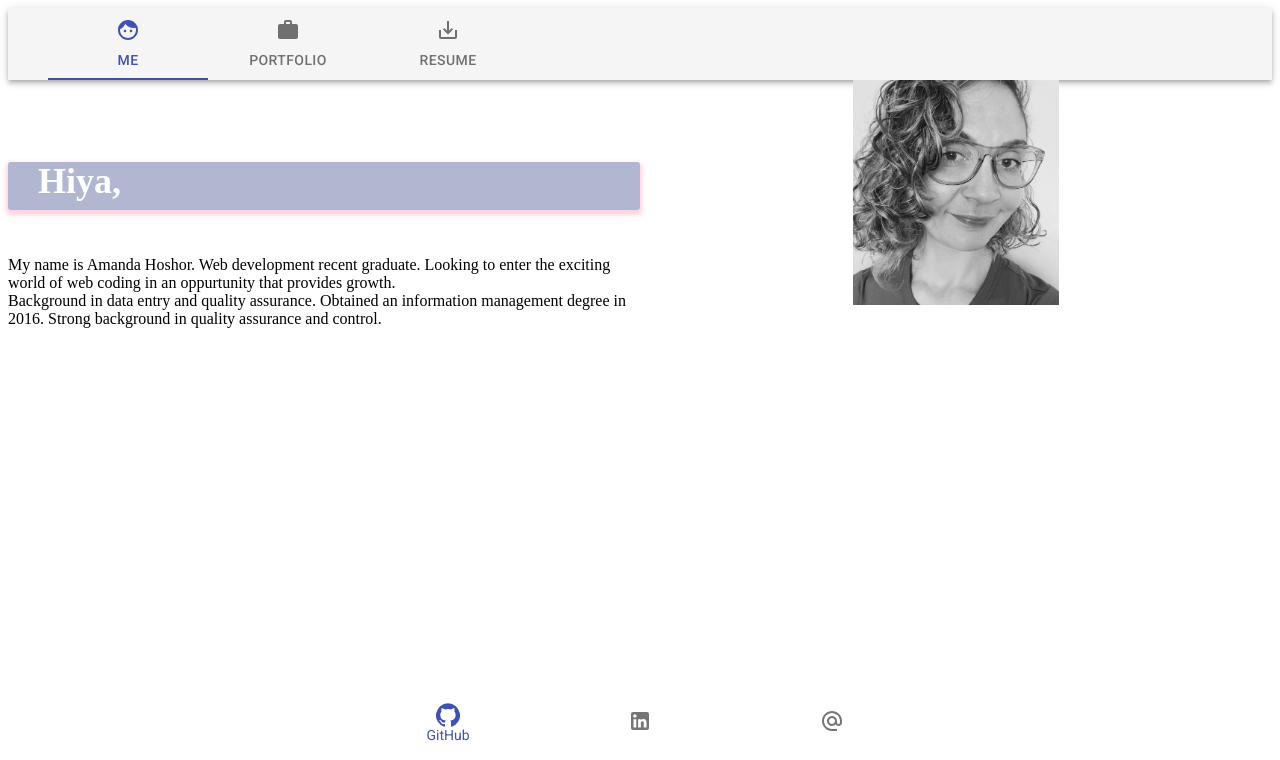
Repository: mandahos/hoshor
Page: /
These files come from the project's save history. The page is drawn as it stood at one moment and after the next save; the edit follows.
The browser window is 1280 px wide. The pictures show the whole page.
The project was rebuilt for these pictures with package versions that can differ from the ones it lists, and the page was loaded fresh each time. Also part of the build but not shown: src/components/Portfolio/index.js, src/components/Resume/index.js. Imported but missing from the stored project, and not drawn on this page: src/assets/resume/Amanda_Hoshor_Resume.PDF, src/assets/resume/Resume_Hoshor (1).pdf.

Above is the page before, as saved 2021-08-22 08:20:23.

### public/index.html
<!DOCTYPE html>
<html lang="en">
  <head>
    <meta charset="utf-8" />
    <link rel="icon" href="%PUBLIC_URL%/favicon.ico" />
    <meta name="viewport" content="width=device-width, initial-scale=1" />
    <meta name="theme-color" content="#000000" />
    <meta
      name="description"
      content="Web site created using create-react-app"
    />
    <link rel="apple-touch-icon" href="%PUBLIC_URL%/logo192.png" />
    <link rel="stylesheet" href="https://fonts.googleapis.com/css?family=Roboto:300,400,500,700&display=swap" />

    <!--
      manifest.json provides metadata used when your web app is installed on a
      user's mobile device or desktop. See https://developers.google.com/web/fundamentals/web-app-manifest/
    -->

    <link rel="stylesheet" href="https://fonts.googleapis.com/icon?family=Material+Icons" />
    <link rel="manifest" href="%PUBLIC_URL%/manifest.json" />
    <!--
      Notice the use of %PUBLIC_URL% in the tags above.
      It will be replaced with the URL of the `public` folder during the build.
      Only files inside the `public` folder can be referenced from the HTML.

      Unlike "/favicon.ico" or "favicon.ico", "%PUBLIC_URL%/favicon.ico" will
      work correctly both with client-side routing and a non-root public URL.
      Learn how to configure a non-root public URL by running `npm run build`.
    -->
    <title>Hoshor</title>
  </head>
  <body>
    <noscript>You need to enable JavaScript to run this app.</noscript>
    <div id="root"></div>
    <!--
      This HTML file is a template.
      If you open it directly in the browser, you will see an empty page.

      You can add webfonts, meta tags, or analytics to this file.
      The build step will place the bundled scripts into the <body> tag.

      To begin the development, run `npm start` or `yarn start`.
      To create a production bundle, use `npm run build` or `yarn build`.
    -->
  </body>
</html>

### src/index.js
import React from 'react';
import ReactDOM from 'react-dom';
import './css/styles.css';
import App from './App';

ReactDOM.render(
  <React.StrictMode>
    <App />

  </React.StrictMode>,
  document.getElementById('root')
);

// If you want to start measuring performance in your app, pass a function
// to log results (for example: reportWebVitals(console.log))
// or send to an analytics endpoint. Learn more: https://bit.ly/CRA-vitals

### src/css/styles.css
.App {
  font-family: Arial, Helvetica, sans-serif;
  text-align: center;
  background-color: #7A6174;
  color: white
}
h1 {
  font-size: 48px;

}
h2 {
  font-size: 14px
}
.About {
  font-family: Cambria, Cochin, Georgia, Times, 'Times New Roman', serif
}
h3 {
  text-align: left;
}

p {
  text-align: left;
}

### src/App.js
import React, { useState } from "react";
import "./css/styles.css";
import  Navigation from "./components/Navigation";
import  Footer  from "./components/Footer";

// import background from "./assets/images/plug.png"


export default function App() {
   return (
    <div>
      <Navigation />



        <Footer />
    </div>
  )
}

### src/components/Navigation/index.js
import React from 'react';
import PropTypes from 'prop-types';
import { makeStyles } from '@material-ui/core/styles';
import AppBar from '@material-ui/core/AppBar';
import Tabs from '@material-ui/core/Tabs';
import Tab from '@material-ui/core/Tab';

import FaceIcon from '@material-ui/icons/Face';
import WorkIcon from '@material-ui/icons/Work';
import SaveAltIcon from '@material-ui/icons/SaveAlt';

import Typography from '@material-ui/core/Typography';
import Box from '@material-ui/core/Box';

import Me from '../Me/index'
import Portfolio from '../Portfolio/index'
import Resume from '../Resume/index'

function TabPanel(props) {
  const { children, value, index, ...other } = props;

  return (
    <div
      role="tabpanel"
      hidden={value !== index}
      id={`scrollable-force-tabpanel-${index}`}
      aria-labelledby={`scrollable-force-tab-${index}`}
      {...other}
    >
      {value === index && (
        <Box p={3}>
          <Typography>{children}</Typography>
        </Box>
      )}
    </div>
  );
}

TabPanel.propTypes = {
  children: PropTypes.node,
  index: PropTypes.any.isRequired,
  value: PropTypes.any.isRequired,
};

function a11yProps(index) {
  return {
    id: `scrollable-force-tab-${index}`,
    'aria-controls': `scrollable-force-tabpanel-${index}`,
  };
}

const useStyles = makeStyles((theme) => ({
  root: {
    flexGrow: 1,
    width: '100%',
    backgroundColor: theme.palette.background.paper,
  },
}));

export default function ScrollableTabsButtonForce() {
  const classes = useStyles();
  const [value, setValue] = React.useState(0);

  const handleChange = (event, newValue) => {
    setValue(newValue);
  };


  return (
    <>
      <div className={classes.root}>
        <AppBar position="static" color="default">
          <Tabs
            value={value}
            onChange={handleChange}
            variant="scrollable"
            scrollButtons="on"
            indicatorColor="primary"
            textColor="primary"
            aria-label="scrollable force tabs example"
          >

            <Tab label="Me" icon={<FaceIcon />} {...a11yProps(0)} />
            <Tab label="Portfolio" icon={<WorkIcon />} {...a11yProps(1)} />
            <Tab label="Resume" icon={<SaveAltIcon />} {...a11yProps(2)} />
          </Tabs>
        </AppBar>


        {value === 0 && <Me />}
        {value === 1 && <Portfolio />}
        {value === 2 && <Resume />}

      </div>
    </>
  );
}

### src/components/Footer/index.js
import React from 'react';
import { makeStyles } from '@material-ui/core/styles';
import BottomNavigation from '@material-ui/core/BottomNavigation';
import BottomNavigationAction from '@material-ui/core/BottomNavigationAction';
import LinkedInIcon from '@material-ui/icons/LinkedIn';
import GitHubIcon from '@material-ui/icons/GitHub';
import AlternateEmailIcon from '@material-ui/icons/AlternateEmail';
import CSS from './footer.css'

const useStyles = makeStyles({
  root: {
    width: 500,


  },
});

export default function LabelBottomNavigation() {
  const footer = useStyles();
  const [value, setValue] = React.useState('recents');

  const handleChange = (event, newValue) => {
    setValue(newValue);
  };

  return (
    <BottomNavigation value={value} onChange={handleChange} className={footer}>
      <BottomNavigationAction a href="https://github.com/mandahos" label="GitHub" value="recents" icon={<GitHubIcon />} />
      <BottomNavigationAction a href="https://www.linkedin.com/in/amanda-hoshor/" label="LinkedIn" value="favorites" icon={<LinkedInIcon />} />
      <BottomNavigationAction a href="mailto:hoshor.manda@gmail.com" label="Email" value="nearby" icon={<AlternateEmailIcon />} />

    </BottomNavigation>
  );
}

### src/components/Me/index.js
import React from 'react';
import {
  Container,
  Stack,
  Flex,
  Box,
  Heading,
  Text,
  Image

} from '@chakra-ui/react';
import { makeStyles } from '@material-ui/core/styles';


import picture from '../../assets/images/portfolio.jpg'

const useStyles = makeStyles({
  root: {
    background: '#b1b7d1',
    border: 0,
    borderRadius: 3,
    boxShadow: '0 3px 5px 2px rgba(255, 105, 135, .3)',
    color: 'white',
    height: 48,
    padding: '0 30px',
  },
});

const Me = () => {
  const classes = useStyles();
  return (

    <Container maxW={'7xl'} >
      <Stack
        align={'center'}
        spacing={{ base: 8, md: 10 }}
        py={{ base: 20, md: 28 }}
        direction={{ base: 'column', md: 'row' }}>

        <Stack flex={1} spacing={{ base: 5, md: 10 }}>
          <Heading
            lineHeight={1.1}
            fontWeight={800}
            fontSize={36}
            className={classes.root}
            >
            <Text
              as={'span'}
              position={'relative'}
              _after={{
                content: "''",
                width: 'full',
                height: '80%',
                position: 'absolute',
                bottom: 1,
                left: 0,
                bg: 'red.400',
                zIndex: -1,

              }}>
              Hiya,
            </Text>
            <br />

          </Heading>
          <Text color={'black.500'}>
            My name is Amanda Hoshor. Web development recent graduate. Looking to enter the exciting world of web coding in an oppurtunity that provides growth.
            <br/>
            Background in data entry and quality assurance. Obtained an information management degree in 2016. Strong background in quality assurance and control.
          </Text>
          <Stack
            spacing={{ base: 4, sm: 6 }}
            direction={{ base: 'column', sm: 'row' }}>

          </Stack>
        </Stack>
        <Flex
          flex={1}
          justify={'center'}
          align={'center'}
          position={'relative'}
          w={'full'}>

          <Box
            position={'relative'}
            height={'300px'}
            rounded={'2xl'}
            boxShadow={'2xl'}
            width={'full'}
            overflow={'hidden'}>

            <Image
              alt={'Me'}
              fit={'cover'}
              align={'center'}
              w={'100%'}
              h={'75%'}
              src={
                picture
              }
            />
          </Box>
        </Flex>
      </Stack>
    </Container>
  );
}

export default Me;

### src/components/Footer/footer.css
.root {
    display: block;
    margin-left: auto;
    margin-right: auto;
    margin-top: 25%;
    justify-content: center;
    position: relative;
    bottom: 0;

}

After the next save:
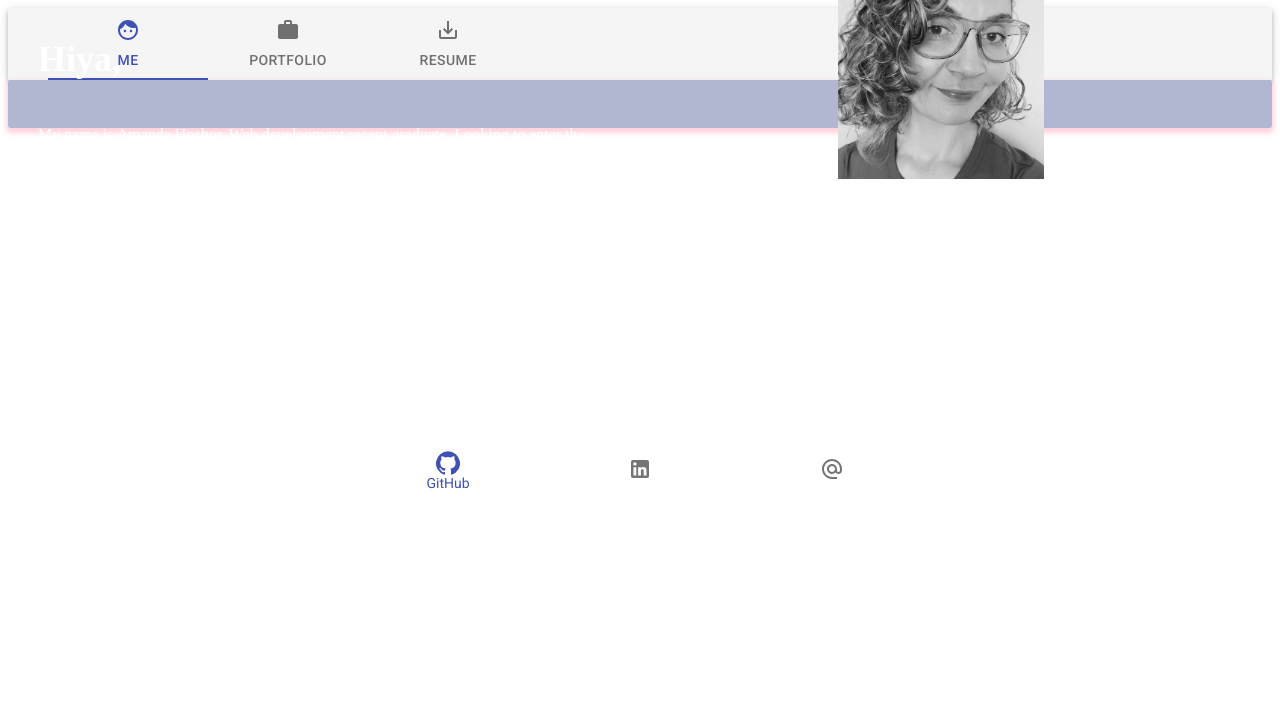
Saved 29 s later.
--- a/src/components/Me/index.js
+++ b/src/components/Me/index.js
@@ -35,14 +35,15 @@ const Me = () => {
         align={'center'}
         spacing={{ base: 8, md: 10 }}
         py={{ base: 20, md: 28 }}
-        direction={{ base: 'column', md: 'row' }}>
+        direction={{ base: 'column', md: 'row' }}
+        className={classes.root}>
 
         <Stack flex={1} spacing={{ base: 5, md: 10 }}>
           <Heading
             lineHeight={1.1}
             fontWeight={800}
             fontSize={36}
-            className={classes.root}
+
             >
             <Text
               as={'span'}
